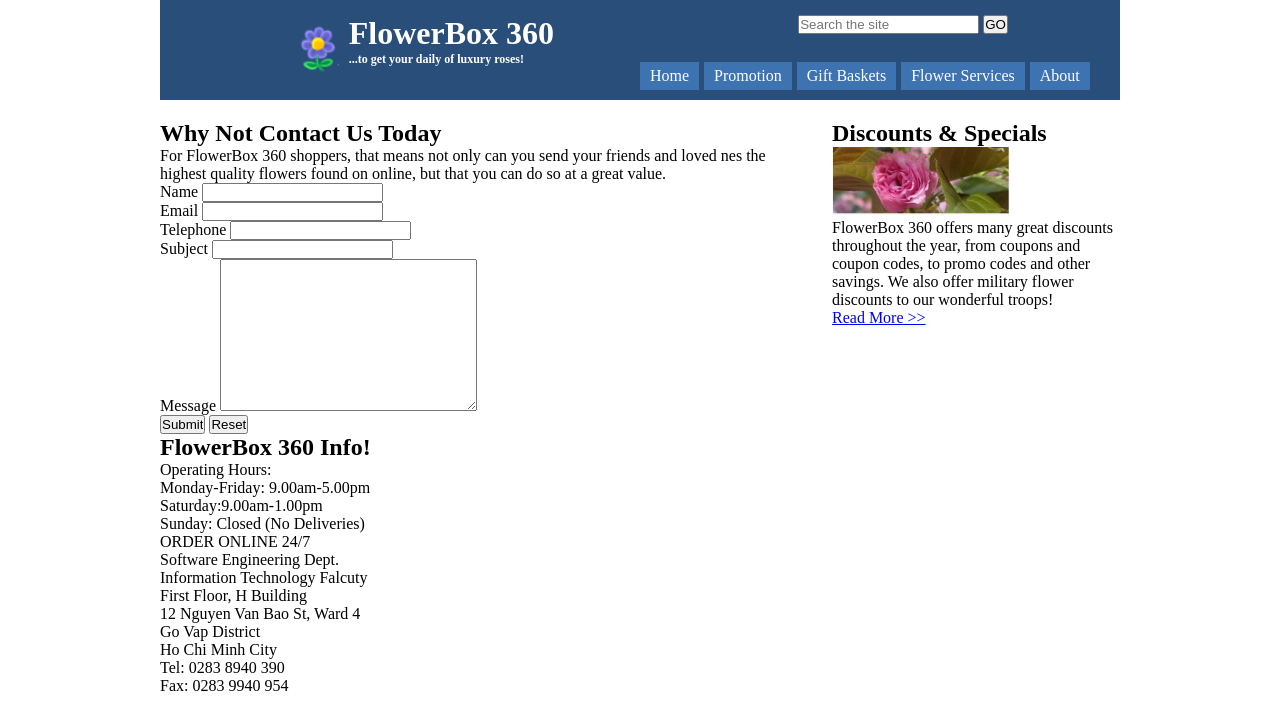
Repository: hoangnguyen1903/STT_21084321_NguyenHuyHoang_DHKHMT17B_Tuan4_DeThamKhao3
Page: html/demo.html
An editor plug-in stored every save of this project. The page is shown before and after the next save, followed by the edit.
The browser window is 1280 px wide. The pictures show the whole page.

Above is the page before, as saved 2023-03-09 14:46:38.

After the next save:
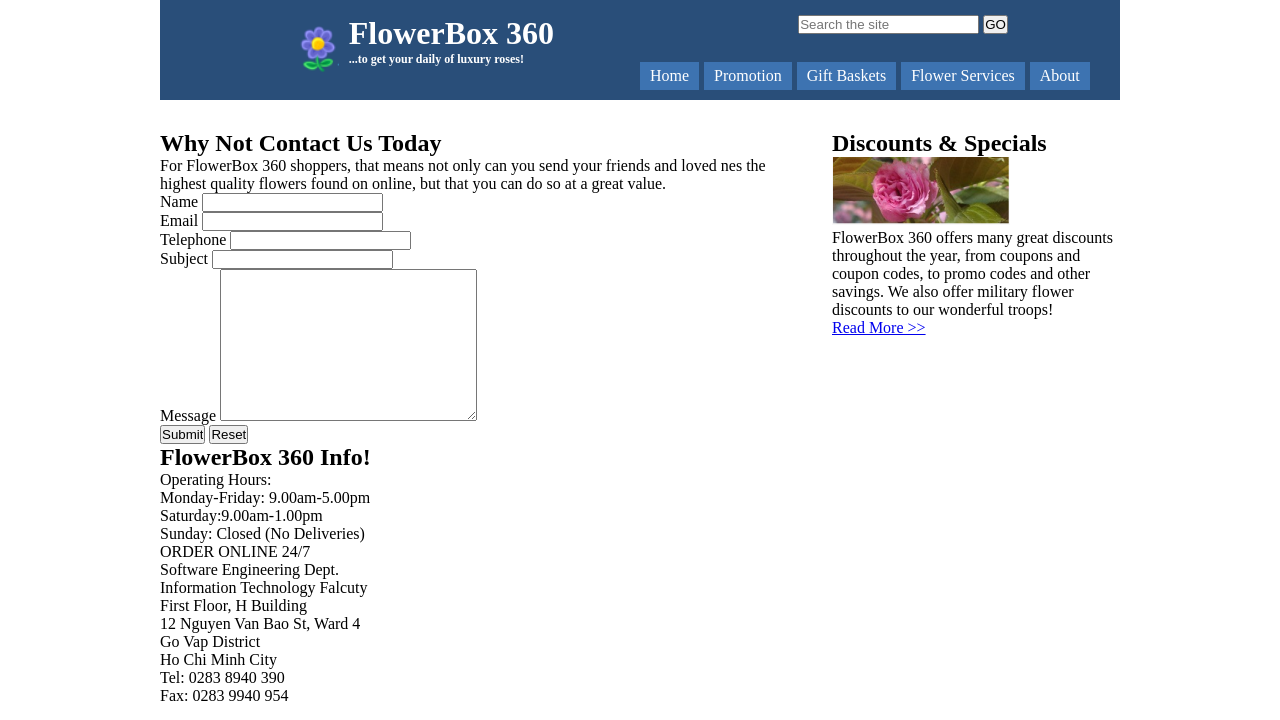
Saved 6 s later.
--- a/html/demo.html
+++ b/html/demo.html
@@ -73,7 +73,7 @@
       .content {
         width: 960px;
         display: flex;
-        margin-top: 20px;
+        margin-top: 30px;
       }
 
       .content > .content__left {
